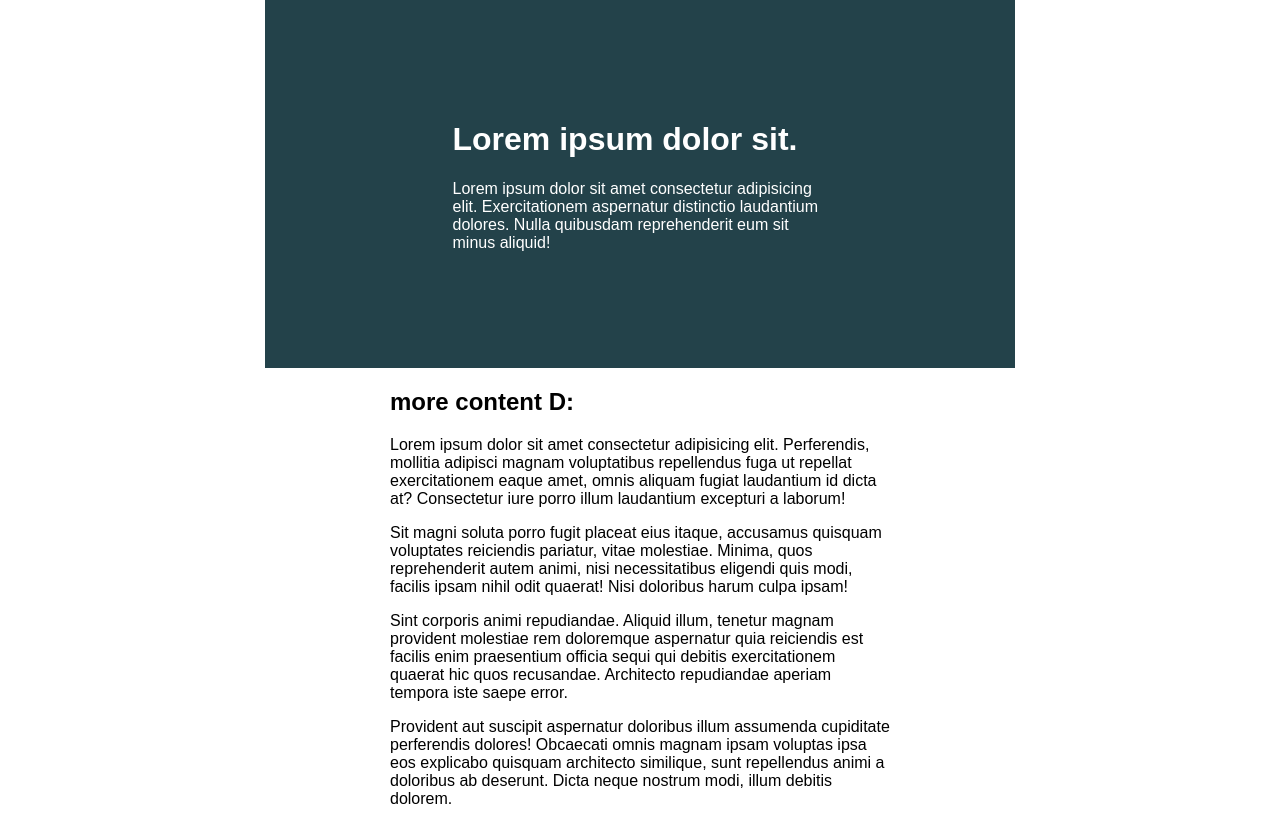
Repository: ufanodev/responsive-3
Page: index.html
These files come from the project's save history. The page is drawn as it stood at one moment and after the next save; the edit follows.
The browser window is 1280 px wide. The pictures show the whole page.

Above is the page before, as saved 2022-12-10 19:44:54.

After the next save:
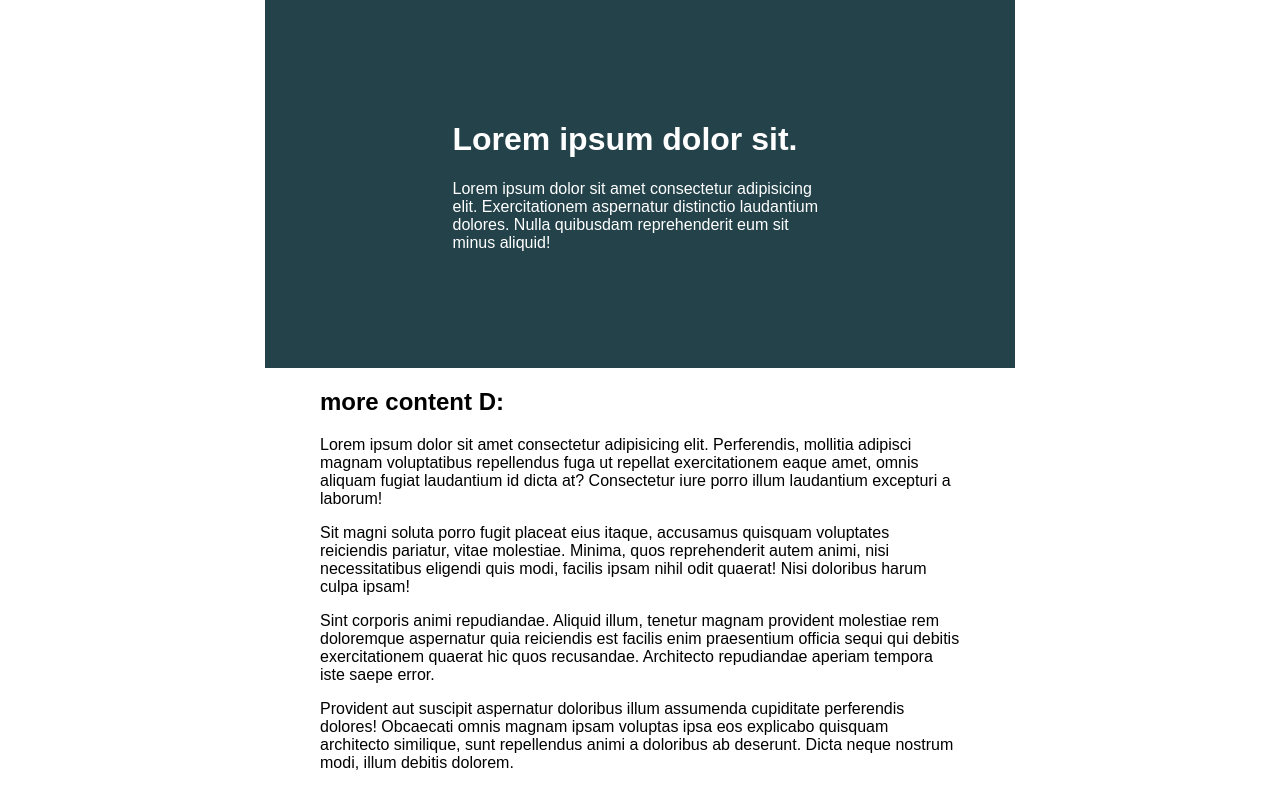
Saved 12 s later.
--- a/style.css
+++ b/style.css
@@ -41,7 +41,7 @@
 
 .intro-content2 {
   width: 50%;
-  max-width: 500px;
+  max-width: 750px;
   margin: 0 auto;
   padding: 50px 100;
 }

After the save that followed:
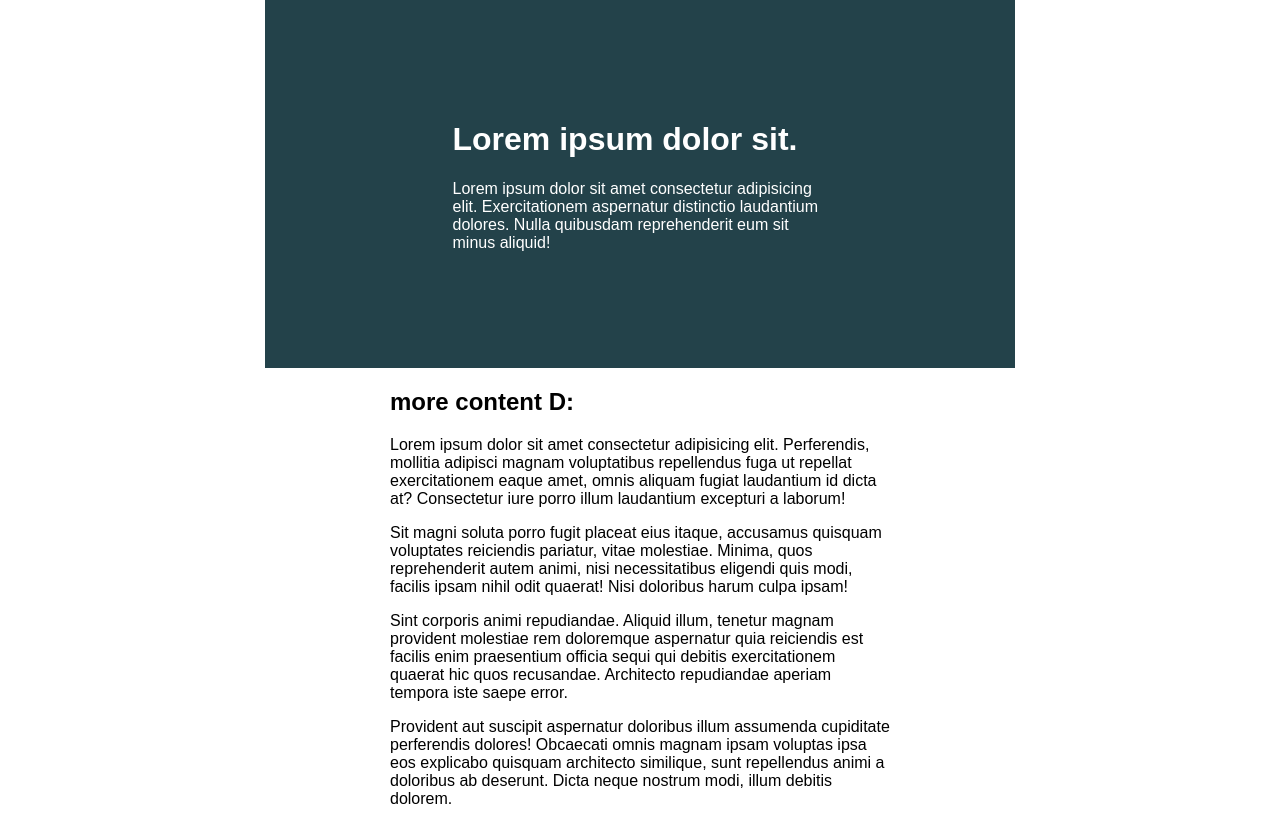
Saved 5 s later.
--- a/style.css
+++ b/style.css
@@ -41,7 +41,7 @@
 
 .intro-content2 {
   width: 50%;
-  max-width: 750px;
+  max-width: 500px;
   margin: 0 auto;
   padding: 50px 100;
 }
